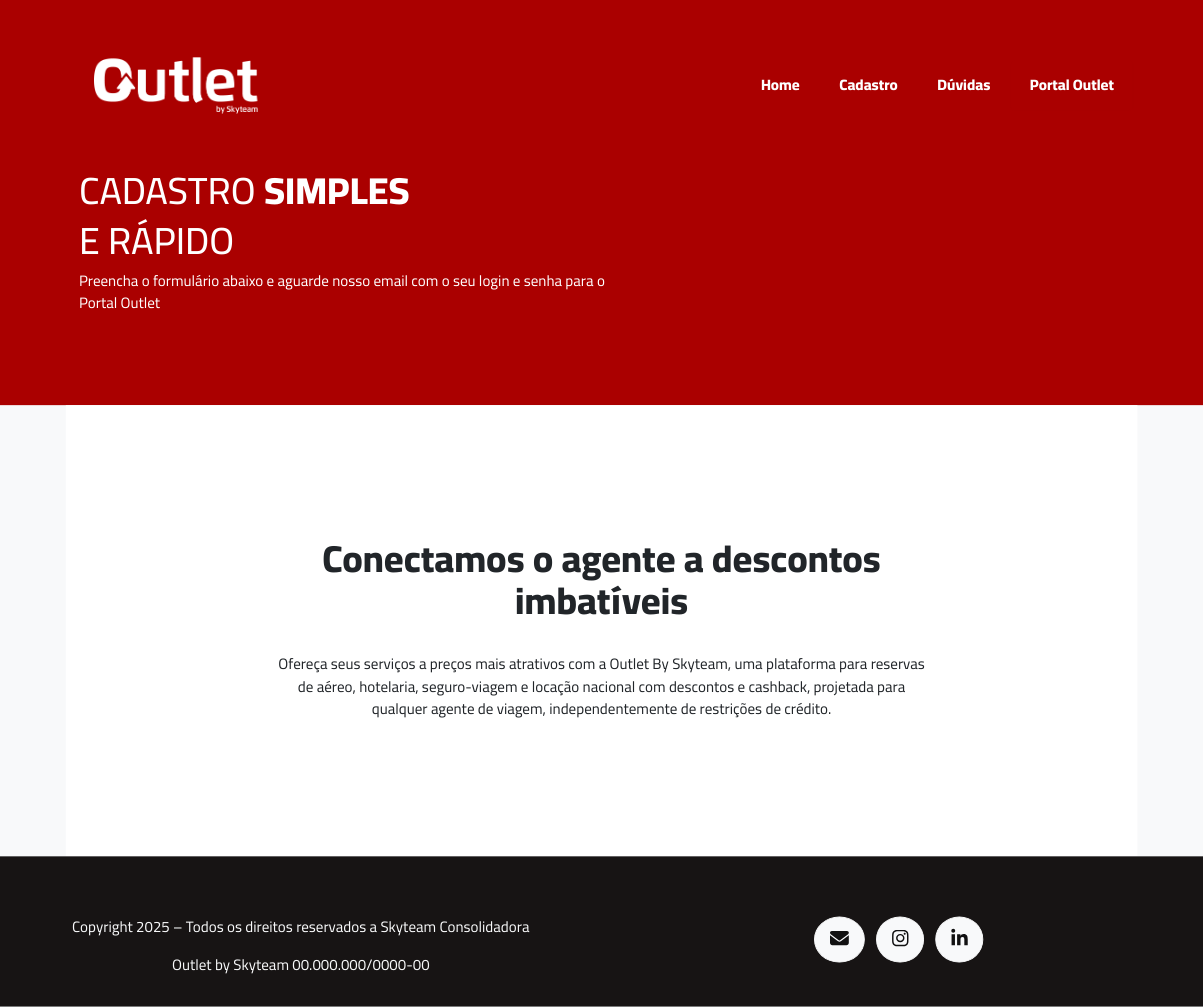
Repository: SkyTeam-Dev/Outlet_Site
Page: Site/Template_Page.html
The author's editor kept a copy of each file at every save. The page is drawn from the files as they stood at one save, then again after the next save.
The browser window is 1280 px wide. The pictures show the whole page, at 94% of full size.
Some web libraries are served in a nearby version.

Above is the page before, as saved 2025-03-25 15:04:00.

### Site/Template_Page.html
<!DOCTYPE html>
<html lang="pt-br">

<head>
    <title>:: Outlet by Skyteam ::</title>
    <!-- Define uma descrição otimizada para mecanismos de busca (Maximo 160 caracteres mas o recomendado é 50 caracteres) -->
    <meta name="description"
        content="CADASTRO SIMPLES, DESCONTOS E CASHBACK A viagem do seu cliente com as melhores condições Conectamos o agente a descontos imbatíveis Ofereça seus serviços a preços mais atrativos com a Outlet By Skyteam, uma plataforma para reservas de aéreo, hotelaria, seguro-viagem e locação nacional com descontos e cashback, projetada para qualquer agente de viagem" />
    <!-- Define palavras-chave (não tem mais impacto no Google, mas pode ajudar em outros mecanismos) -->
    <meta name="keywords" content="palavra-chave1, palavra-chave2, palavra-chave3">
    <meta charset="utf-8">
    <meta http-equiv="X-UA-Compatible" content="IE=edge">
    <link rel="canonical" href="https://outlet.tur.br/" />
    <link rel='shortlink' href='https://outlet.tur.br/' />

    <!-- Define a indexação pelos mecanismos de busca -->
    <meta name="robots" content="index, follow"> <!-- Para indexar e seguir links -->
    <meta name="googlebot" content="index, follow"> <!-- Específico para o Google -->
    <meta name="bingbot" content="index, follow"> <!-- Específico para o Bing -->

    <!-- GOOGLE JSON-LD para SEO -->
    <script type="application/ld+json">
        {
          "@context": "https://schema.org",
          "@type": "WebSite",
          "name": "Outlet by Skyteam",
          "url": "https://outlet.tur.br",
          "description": "CADASTRO SIMPLES, DESCONTOS E CASHBACK A viagem do seu cliente com as melhores condições Conectamos o agente a descontos imbatíveis Ofereça seus serviços a preços mais atrativos com a Outlet By Skyteam, uma plataforma para reservas de aéreo, hotelaria, seguro-viagem e locação nacional com descontos e cashback, projetada para qualquer agente de viagem.",
          "image": "https://outlet.tur.br/Templates/Default/Imagens/OG_Outlet_Base.jpg",
          "author": {
            "@type": "Person",
            "name": "Outlet"
          },
          "publisher": {
            "@type": "Organization",
            "name": "Outlet by Skyteam",
            "logo": {
              "@type": "ImageObject",
              "url": "https://outlet.tur.br/Templates/Default/Imagens/OG_Outlet_Base.jpg"
            }
          }
        }
        </script>
    <!-- GOOGLE JSON-LD para SEO -->

    <!-- Define o autor do conteúdo -->
    <meta name="author" content="Outlet by Skyteam">

    <!-- Controla como o Google exibe o snippet do site -->
    <meta name="google" content="nosnippet"> <!-- Impede snippets na SERP -->
    <meta name="google" content="max-snippet:-1, max-image-preview:large, max-video-preview:-1">
    <!-- Personaliza como o conteúdo é mostrado -->

    <!-- Diz ao Google para não traduzir a página automaticamente -->
    <meta name="google" content="notranslate">

    <!-- Define a geolocalização para buscas locais -->
    <meta name="DC.title" content="Outlet By SkyTeam" />
    <meta name="geo.region" content="BR-RS" />
    <meta name="geo.placename" content="Porto Alegre" />
    <meta name="geo.position" content="-30.030205;-51.229975" />
    <meta name="ICBM" content="-30.030205, -51.229975" />
    <!-- Criador do conteúdo -->
    <meta name="DC.creator" content="Outlet By SkyTeam">
    <!-- Assunto ou tema do conteúdo -->
    <meta name="DC.subject" content="CADASTRO SIMPLES, DESCONTOS E CASHBACK para qualquer agente de viagem"">
<!-- Descrição do conteúdo -->
<meta name=" DC.description"
        content="CADASTRO SIMPLES, DESCONTOS E CASHBACK A viagem do seu cliente com as melhores condições Conectamos o agente a descontos imbatíveis Ofereça seus serviços a preços mais atrativos com a Outlet By Skyteam, uma plataforma para reservas de aéreo, hotelaria, seguro-viagem e locação nacional com descontos e cashback, projetada para qualquer agente de viagem">

    <!-- Editora ou organização responsável -->
    <meta name="publisher" content="Outlet By SkyTeam">
    <!-- Identificador único (ex: URL, DOI) -->
    <meta name="identifier" content="https://outlet.tur.br">
    <!-- Idioma do conteúdo -->
    <meta name="language" content="pt-BR">

    <!-- Direitos autorais e licenciamento -->
    <meta name="rights" content="© 2025 Outlet By SkyTeam. Todos os direitos reservados.">


    <!-- Definição do protocolo Open Graph BASE -->
    <meta property="og:type" content="website">
    <!-- URL canônica da página -->
    <meta property="og:url" content="https://outlet.tur.br/">
    <!-- Título que aparecerá no compartilhamento -->
    <meta property="og:title" content="Outlet by Skyteam">
    <!-- Descrição curta e chamativa -->
    <meta property="og:description"
        content="CADASTRO SIMPLES, DESCONTOS E CASHBACK A viagem do seu cliente com as melhores condições Conectamos o agente a descontos imbatíveis Ofereça seus serviços a preços mais atrativos com a Outlet By Skyteam, uma plataforma para reservas de aéreo, hotelaria, seguro-viagem e locação nacional com descontos e cashback, projetada para qualquer agente de viagem">
    <!-- Imagem para exibição no compartilhamento -->
    <meta property="og:image" content="https://outlet.tur.br/Templates/Default/Imagens/OG_Outlet_Base.jpg">
    <!-- 1200x630 pixels é o tamanho recomendado pelo Facebook e outras redes sociais -->
    <meta property="og:image:alt" content="Logo da Outlet descrição">
    <!-- Especificações adicionais para a imagem -->
    <meta property="og:image:width" content="1200">
    <meta property="og:image:height" content="630">
    <!-- Nome do site (opcional, mas recomendado) -->
    <meta property="og:site_name" content="Outlet by Skyteam">
    <!-- Idioma da página -->
    <meta property="og:locale" content="pt_BR">
    <!-- Definição do protocolo Open Graph BASE -->

    <!-- Twitter Card -->
    <meta name="twitter:card" content="summary_large_image">
    <meta name="twitter:title" content="Outlet by Skyteam">
    <meta name="twitter:description"
        content="CADASTRO SIMPLES, DESCONTOS E CASHBACK A viagem do seu cliente com as melhores condições Conectamos o agente a descontos imbatíveis Ofereça seus serviços a preços mais atrativos com a Outlet By Skyteam, uma plataforma para reservas de aéreo, hotelaria, seguro-viagem e locação nacional com descontos e cashback, projetada para qualquer agente de viagem">
    <meta name="twitter:image" content="https://outlet.tur.br/Templates/Default/Imagens/OG_Outlet_Base.jpg">
    <!-- Twitter Card -->



    <meta name="viewport" content="width=device-width, initial-scale=1, shrink-to-fit=no">

    <link rel='preconnect' href='//fonts.googleapis.com' />
    <link rel="preconnect" href="//fonts.gstatic.com" crossorigin>
    <link rel='preconnect' href='//jsdelivr.net' />
    <link rel='preconnect' href='//cdn.jsdelivr.net' />
    <link rel='preconnect' href='//code.jquery.com' />



    <!-- CSS -->
    <link rel="stylesheet"
        href="https://cdn.jsdelivr.net/npm/@fortawesome/fontawesome-free@6.7.2/css/fontawesome.min.css">
    <link rel="stylesheet" href="Templates/Default/CSS/bootstrap.css">
    <link rel="stylesheet" href="Templates/Default/CSS/Site.css">

    <link rel="stylesheet" href="https://cdn.jsdelivr.net/npm/slick-carousel@1.8.1/slick/slick.css" />
    <link rel="stylesheet" href="https://cdn.jsdelivr.net/npm/slick-carousel@1.8.1/slick/slick-theme.css" />


    <!-- CSS -->

    <!-- Favicon -->


    <!-- Favicon e Theme Color-->
    <link rel="icon" type="image/png" href="Templates/Default/Imagens/Favicons/favicon-96x96.png" sizes="96x96" />
    <link rel="icon" type="image/svg+xml" href="Templates/Default/Imagens/Favicons/favicon.svg" />
    <link rel="shortcut icon" href="Templates/Default/Imagens/Favicons/favicon.ico" />
    <link rel="icon" href="Templates/Default/Imagens/Favicons/favicon.ico" type="image/x-icon">
    <link rel="apple-touch-icon" sizes="180x180" href="Templates/Default/Imagens/Favicons/apple-touch-icon.png" />
    <link rel="manifest" href="Templates/Default/Imagens/Favicons/site.webmanifest" />
    <link rel="apple-touch-icon" href="Templates/Default/Imagens/Favicons/favicon-96x96.png">
    <meta name="msapplication-TileImage" content="Templates/Default/Imagens/Favicons/favicon-96x96.png">
    <meta name="theme-color" content="#aa0000">
    <meta name="apple-mobile-web-app-capable" content="yes">
    <meta name="apple-mobile-web-app-status-bar-style" content="black-translucent">
    <meta name="msapplication-TileColor" content="#aa0000">
    <!-- Favicon -->


    <!-- Rastreamento e Comunicação -->

    <!-- Rastreamento e Comunicação -->




</head>

<body>

    <div class="container-fluid" id="LoadingPage">
        <div class="row justify-content-center align-items-center text-center">

            <div class="mt-5 col-sm-12 justify-content-center align-items-center text-center">
                <img src="Templates/Default/Imagens/LOGO2.png" class='img-fluid ml-3' alt="Logo" style="height: 60px;">
            </div>
            <div class="col-sm-2 mt-1 justify-content-center align-items-center text-center">
                <div class="LoadingPage mt-5 mb-5"></div>
            </div>

        </div>
    </div>

    <div class="bg-light p-0" id="Site">



        <section id="Cabecalho-Superior" class="p-5 bg-primary">
            <div class="container-fluid justify-content-center align-items-center">
                <!-- =========================== CABEÇALHO (NAVBAR) ============================ -->

                <nav class="navbar navbar-expand-lg navbar-dark">
                    <div class="container-fluid">
                        <!-- Logo / Marca -->
                        <a class="navbar-brand" href="#">
                            <!-- Pode inserir um logo ou texto -->
                            <img src="Templates/Default/Imagens/LOGO1.png" class='img-fluid ml-3' alt="Logo"
                                style="height: 60px;">
                            <!-- Ou usar apenas texto:
                          <span>Outlet</span>
                          -->
                        </a>
                    </div>
                    <!-- Botão para exibir/ocultar menu no mobile -->
                    <button class="text-center btn btn-block navbar-toggler bg-primary text-white collapsed"
                        type="button" data-toggle="collapse" data-target="#navbarNav" aria-controls="navbarNav"
                        aria-expanded="false" aria-label="Toggle navigation">
                        <span class="navbar-toggler-icon"></span>
                    </button>

                    <!-- Itens de navegação -->
                    <div class="text-center justify-content-end align-items-center collapse navbar-collapse" id="navbarNav">
                        <ul class="navbar-nav ">
                            <!-- Ajuste as rotas conforme necessidade -->
                            <li class="nav-item btn font-weight-bold">
                                <a class="nav-link text-white" href="#">Home</a>
                            </li>
                            <li class="nav-item btn font-weight-bold">
                                <a class="nav-link text-white" href="#">Cadastro</a>
                            </li>
                            <li class="nav-item btn font-weight-bold">
                                <a class="nav-link text-white" href="#">Dúvidas</a>
                            </li>
                            <li class="nav-item btn btn-primary text-white font-weight-bold">
                                <a class="nav-link text-white" href="#">Portal Outlet</a>
                            </li>
                        </ul>
                    </div>
                </nav>

                <div class="col-lg-6 col-sm-12 ml-3 mt-5 mb-5">
                    <h1 class="text-white">CADASTRO <span class="font-weight-bold">SIMPLES</span></h1>
                    <h1 class="text-white">E RÁPIDO</h1>
                    <p class="text-white">Preencha o formulário abaixo e aguarde nosso email com
                        o seu login e senha para o Portal Outlet</p>
                </div>

            </div>


        </section>



        <!-- SLIDER -->
        <!--
        <div class="container-fluid p-0 m-0">

            <div class="row p-0 m-0">
                <div class="col-sm-12 p-0 m-0">
                    <div class="SliderHome">

                        <div>
                            <img class="" src="https://fakeimg.pl/1920x600/ff0000/ffffff" />
                        </div>
                        <div>
                            <img class="" src="https://fakeimg.pl/1920x600/ffcc66/000000" />
                        </div>
                        <div>
                            <img class="" src="https://fakeimg.pl/1920x600/0066cc/ffff00" />
                        </div>
                    </div>
                </div>
            </div>
        </div>
        -->
        <!-- SLIDER -->

        <div class="container">

            <div class="row bg-white shadow-lg pb-5 justify-content-center align-items-center">
                <div class="col-sm-12 p-5">
                    <div class="row justify-content-center">

                        <div class="col-xl-8 col-lg-8 col-md-12 col-sm-12 mt-5">
                            <h1 class="mt-5 font-weight-bold text-center">
                                Conectamos o agente a descontos imbatíveis
                            </h1>
                            <br />
                            <p class="text-center mb-5">
                                Ofereça seus serviços a preços mais atrativos com a Outlet By Skyteam, uma
                                plataforma
                                para
                                reservas de aéreo, hotelaria, seguro-viagem e locação nacional com descontos e
                                cashback,
                                projetada para qualquer agente de viagem, independentemente de restrições de
                                crédito.
                            </p>

                        </div>

                    </div>

                </div>

            </div>

        </div>

        <!-- Rodapé -->
        <footer class="bg-gray-site text-light py-3">
            <div class="container-fluid">
                <div class="row">
                    <!-- Coluna com o copyright -->
                    <div class="col-md-6 col-sm-12 mt-5 text-center">
                        <p>Copyright 2025 – Todos os direitos reservados a Skyteam Consolidadora</p>
                        <p>Outlet by Skyteam 00.000.000/0000-00</p>
                    </div>

                    <!-- Coluna com ícones de redes sociais -->
                    <div class="col-md-6 col-sm-12 text-center mt-5">

                        <a href="#" class="mr-2 btn btn-lg btn-light rounded-circle shadow-sm">
                            <i class="fa-solid fa-envelope mt-1"></i>
                        </a>

                        <a href="#" class="mr-2 btn btn-lg btn-light rounded-circle shadow-sm">
                            <i class="fa-brands fa-instagram mt-1"></i>
                        </a>

                        <a href="#" class="mr-2 btn btn-lg btn-light rounded-circle shadow-sm">
                            <i class="fa-brands fa-linkedin-in mt-1"></i>
                        </a>


                    </div>
                </div>
            </div>
        </footer>

    </div>
    </>

    <!-- Scripts Base -->
    <script src="https://cdn.jsdelivr.net/npm/jquery@3.6.0/dist/jquery.min.js"></script>
    <script src="https://cdn.jsdelivr.net/npm/popper.js@1.12.9/dist/umd/popper.min.js"
        integrity="sha384-ApNbgh9B+Y1QKtv3Rn7W3mgPxhU9K/ScQsAP7hUibX39j7fakFPskvXusvfa0b4Q"
        crossorigin="anonymous"></script>
    <script src="https://cdn.jsdelivr.net/npm/bootstrap@4.0.0/dist/js/bootstrap.min.js"
        integrity="sha384-JZR6Spejh4U02d8jOt6vLEHfe/JQGiRRSQQxSfFWpi1MquVdAyjUar5+76PVCmYl"
        crossorigin="anonymous"></script>
    <script src="https://cdn.jsdelivr.net/npm/@fortawesome/fontawesome-free@6.7.2/js/all.min.js"></script>
    <script src="https://cdn.jsdelivr.net/npm/jquery-match-height@0.7.2/dist/jquery.matchHeight.min.js"></script>
    <script src="https://cdn.jsdelivr.net/npm/slick-carousel@1.8.1/slick/slick.min.js"></script>

    <!-- Scripts Base -->

    <script>
        document.addEventListener("DOMContentLoaded", function () {
            setTimeout(() => {
                let loader = document.getElementById("LoadingPage");
                if (loader) {
                    loader.style.transition = "opacity 0.5s";
                    loader.style.opacity = "0";

                    setTimeout(() => {
                        loader.style.display = "none";
                        let site = document.getElementById("Site");
                        if (site) {
                            site.style.display = "block";
                        } else {
                            console.error("Elemento com ID 'Site' não encontrado.");
                        }
                    }, 500);
                } else {
                    console.error("Elemento com ID 'LoadingPage' não encontrado.");
                }
            }, 2000);
        });

    </script>

    <!-- SLIDER CONFIGURAÇÃO -->
    <!--
     <script>
        $(document).ready(function () {
            $('.SliderHome').slick({
                autoplay: true,
                fade: true,
                autoplaySpeed: 2000,
                infinite: true,
                dots: true,
                speed: 600,
                slidesToShow: 1,
                slidesToScroll: 1

            });
        });
    </script>
-->
    <!-- SLIDER CONFIGURAÇÃO -->


    <!-- Rastreamento e Comunicação -->

    <!-- Rastreamento e Comunicação -->

</body>

</html>

### Site/Templates/Default/CSS/Responsive.css
/* Para telas com altura de 1081px ou mais */
@media screen and (min-height: 1081px) {
    .hero {
      height: 55vh !important;
    }

  }

  /* Para telas com largura de 400px ou menos */
  @media screen and (max-width: 400px) {
    .benefits-container {
      max-width: 95% !important;
    }

    .hero {
      padding: 3em;
    }
  }

  /* Para telas com largura de 600px ou menos */
  @media screen and (max-width: 600px) {
    .benefit-item {
      flex-direction: column;
      text-align: center;
    }

    .benefit-icon {
      width: 40px;
      height: 40px;
      margin-bottom: 2em;
    }

   .MarginLeft {
      margin-left: 0 !important;
      text-align: center !important;
      margin: 0.2em auto !important;
    }

    .benefits-container {
      max-width: 90% !important;
    }

    .cadastro-texto {
      margin-left: 0 !important;
    }

    .cadastro-section {
      display: block !important;
    }

    .hero {
      padding: 2em;
    }
  }

  /* Para telas com largura de 900px ou menos */
  @media screen and (max-width: 900px) {
    .benefits-container {
      max-width: 100% !important;
    }

    .hero {
      padding: 80px;
    }


  }

  /* Para telas com largura de 1024px ou menos */
  @media screen and (max-width: 1024px) {
    .hero {
      padding: 2em;
    }



    .benefits-container {
      max-width: 98% !important;
    }
  }

  /* Para telas com largura de 1300px ou menos */
  @media screen and (max-width: 1300px) {

  }

  /* Para telas com largura de 1400px ou menos */
  @media screen and (max-width: 1400px) {

  }

  /* Para telas com largura de 1700px ou menos */
  @media screen and (max-width: 1700px) {
    .
  }

Loaded but not shown: Site/Templates/Default/CSS/bootstrap.css (library); Site/Templates/Default/CSS/Site.css (284 lines, source omitted); Site/Templates/Default/WebFonts/WebFont.css (103 lines, source omitted)

After the next save:
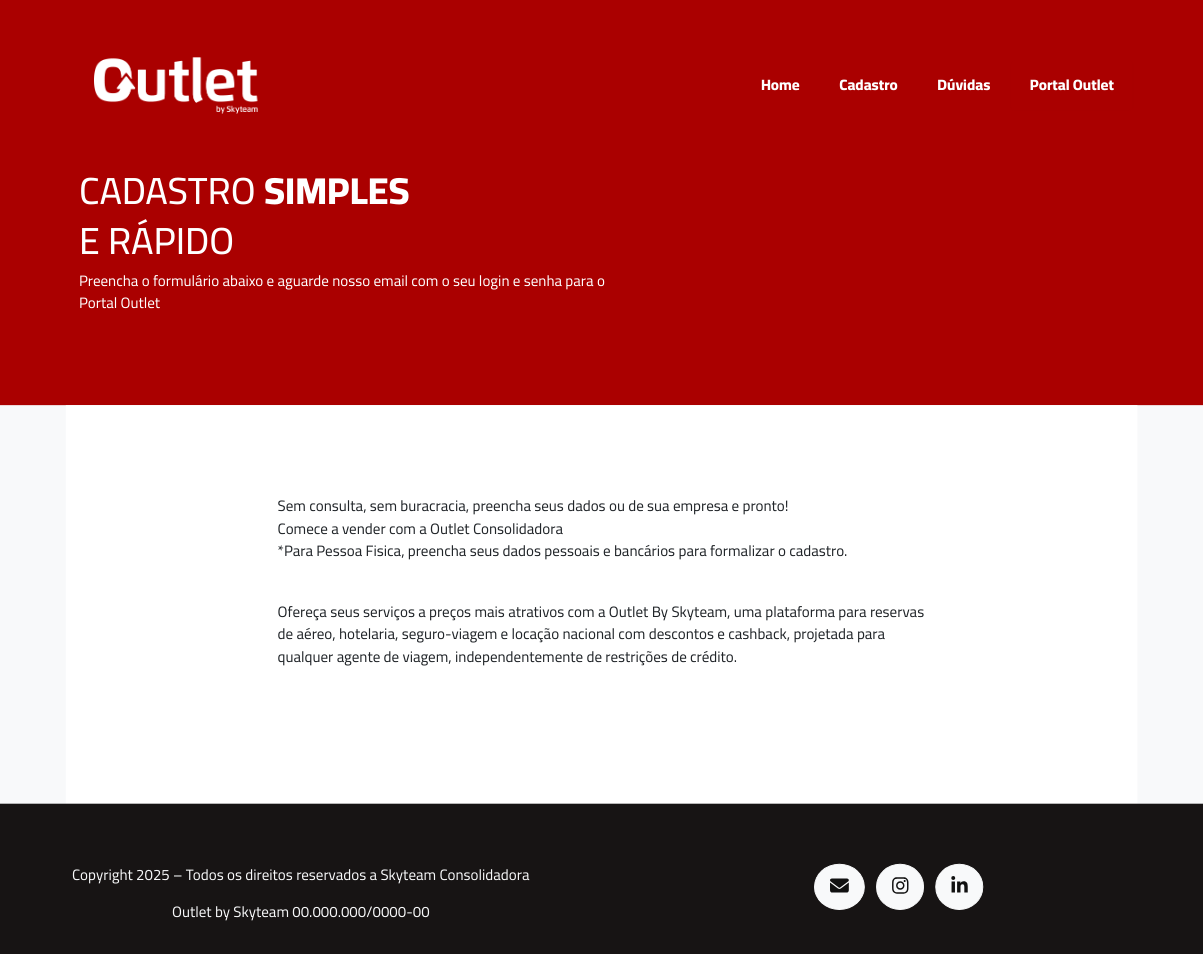
Saved 6 min 8 s later.
--- a/Site/Template_Page.html
+++ b/Site/Template_Page.html
@@ -268,11 +268,13 @@
                     <div class="row justify-content-center">
 
                         <div class="col-xl-8 col-lg-8 col-md-12 col-sm-12 mt-5">
-                            <h1 class="mt-5 font-weight-bold text-center">
-                                Conectamos o agente a descontos imbatíveis
-                            </h1>
+                            <ul class="list-unstyled">
+                                <li>Sem consulta, sem buracracia, preencha seus dados ou de sua empresa e pronto!</li>
+                                <li>Comece a vender com a Outlet Consolidadora</li>
+                                <li>*Para Pessoa Fisica, preencha seus dados pessoais e bancários para formalizar o cadastro.</li>
+                              </ul>
                             <br />
-                            <p class="text-center mb-5">
+                            <p class="mb-5">
                                 Ofereça seus serviços a preços mais atrativos com a Outlet By Skyteam, uma
                                 plataforma
                                 para
